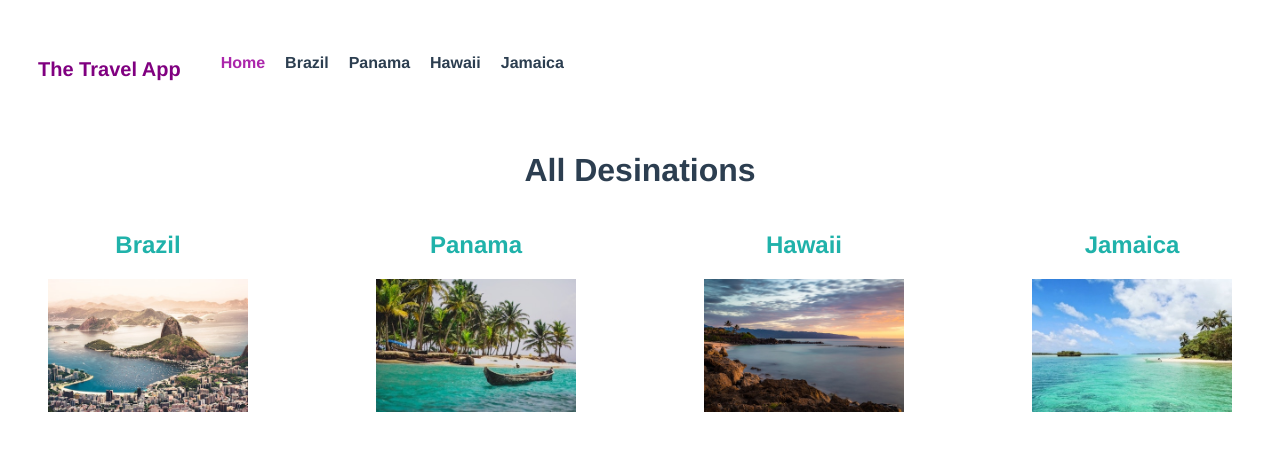
Repository: June-Hall/MiniTravelApp
Page: /#/details
An editor plug-in stored every save of this project. The page is shown before and after the next save, followed by the edit.
The browser window is 1280 px wide. The pictures show the whole page.
The project was rebuilt for these pictures with package versions that can differ from the ones it lists, and the page was loaded fresh each time. Also part of the build but not shown: vue.config.js.

Above is the page before, as saved 2023-03-30 17:24:31.

After the next save:
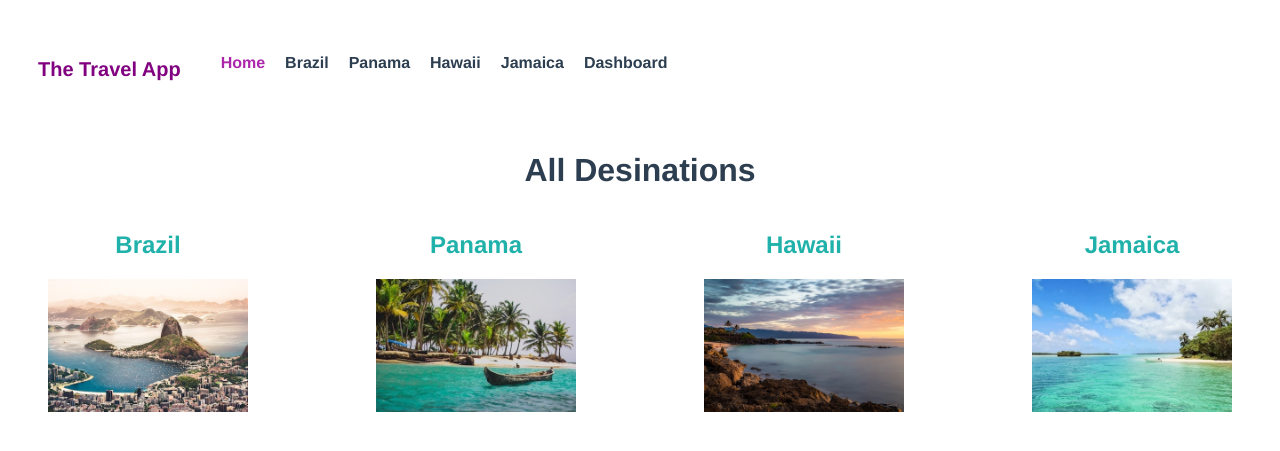
Saved 2 h 0 min later.
--- a/src/components/TheNavigation.vue
+++ b/src/components/TheNavigation.vue
@@ -18,6 +18,9 @@
         >
           {{ destination.name }}</router-link
         >
+      </li>
+      <li class="links">
+        <router-link to="/user">Dashboard</router-link>
       </li>
     </ul>
   </nav>
